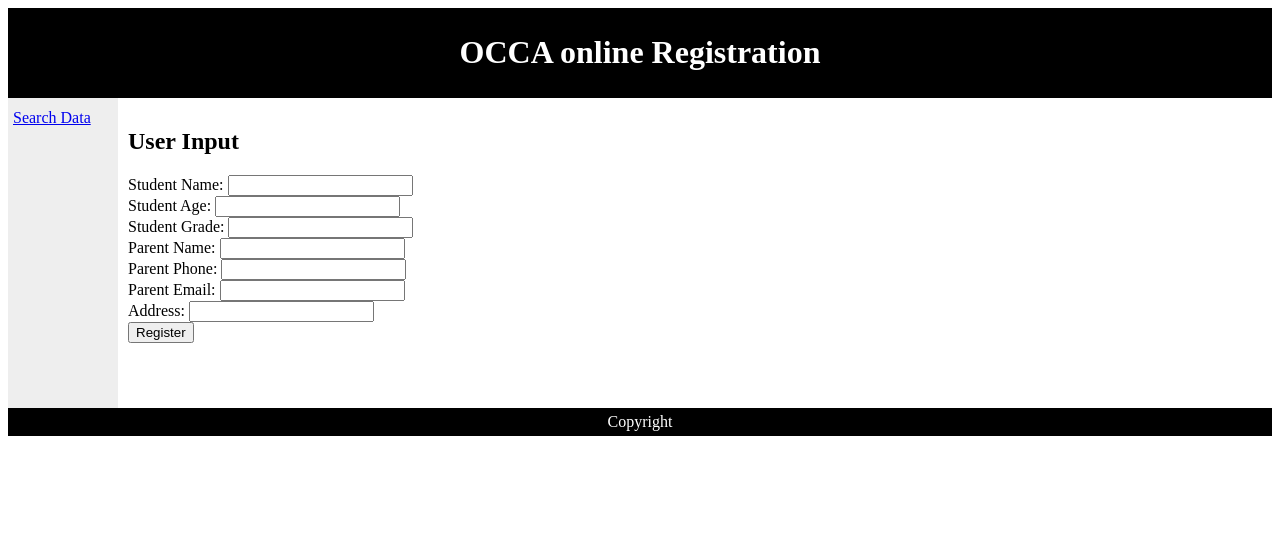
Repository: dreamxia329/TechExercise4830
Page: T3-0325-xia/T3-webProject-Xia/WebContent/WEB-INF/addStudent.html
An editor plug-in stored every save of this project. The page is shown before and after the next save, followed by the edit.
The browser window is 1280 px wide. The pictures show the whole page.

Above is the page before, as saved 2022-03-30 04:37:54.

### T3-0325-xia/T3-webProject-Xia/WebContent/WEB-INF/addStudent.html
<html>
<head>
<style>
header {
    background-color:black;
    color:white;
    text-align:center;
    padding:5px;
}
nav {
    line-height:30px;
    background-color:#eeeeee;
    height:300px;
    width:100px;
    float:left;
    padding:5px;
}
section {
    width:350px;
    float:left;
    padding:10px;
}
footer {
    background-color:black;
    color:white;
    clear:both;
    text-align:center;
    padding:5px;
}
</style>
</head>

<body>
<header>
<h1> OCCA online Registration </h1>
</header>

<nav>
<a href="/T3-webProject-Xia/search.html">Search Data</a> <br>
</nav>

<section>
	<h1>User Input</h1>

	<form action="RegisterServlet" method="POST">

		Student Name: <input type="text" name="studentName"> <br />
		Student Age: <input type="text" name="studentAge"> <br />
		Student Grade: <input type="text" name="studentGrade"> <br />
		Parent Name:  <input type="text" name="parentName"> <br />
		Parent Phone: <input type="text" name="parentPhone"> <br />
		Parent Email: <input type="text" name="parentEmail"> <br />
		Address: <input type="text" name="address"> <br />


		<input type="submit" value="Register" />
	</form>

</section>

<footer>
Copyright
</footer>
</body>
</html>

After the next save:
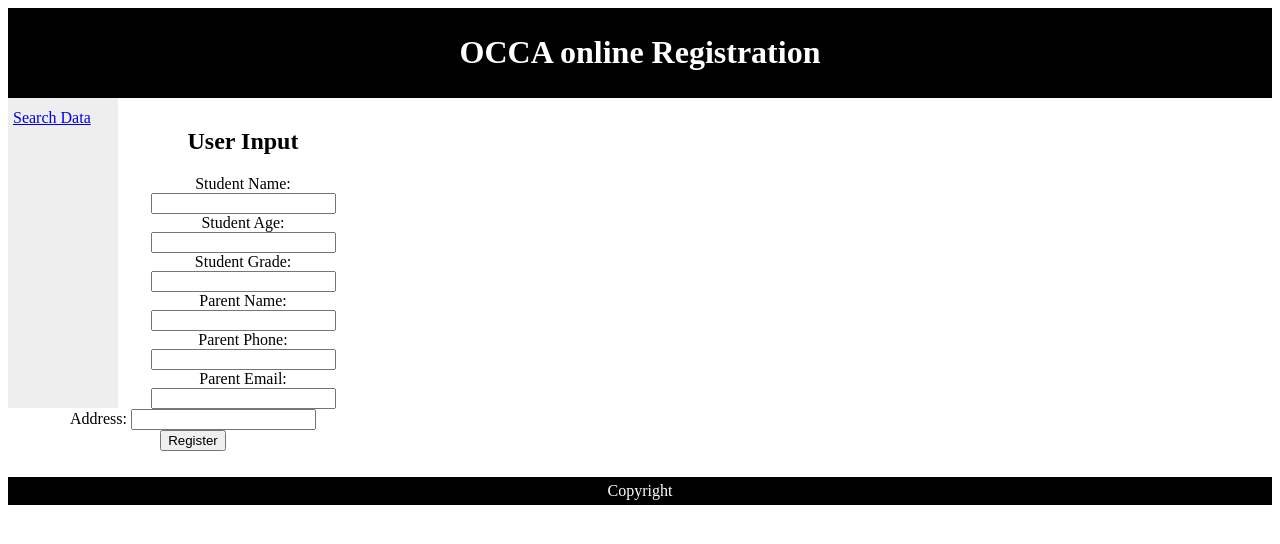
Saved 6 min 26 s later.
--- a/T3-0325-xia/T3-webProject-Xia/WebContent/WEB-INF/addStudent.html
+++ b/T3-0325-xia/T3-webProject-Xia/WebContent/WEB-INF/addStudent.html
@@ -17,7 +17,7 @@ nav {
 }
 section {
     width:350px;
-    float:left;
+    text-align:center;
     padding:10px;
 }
 footer {
